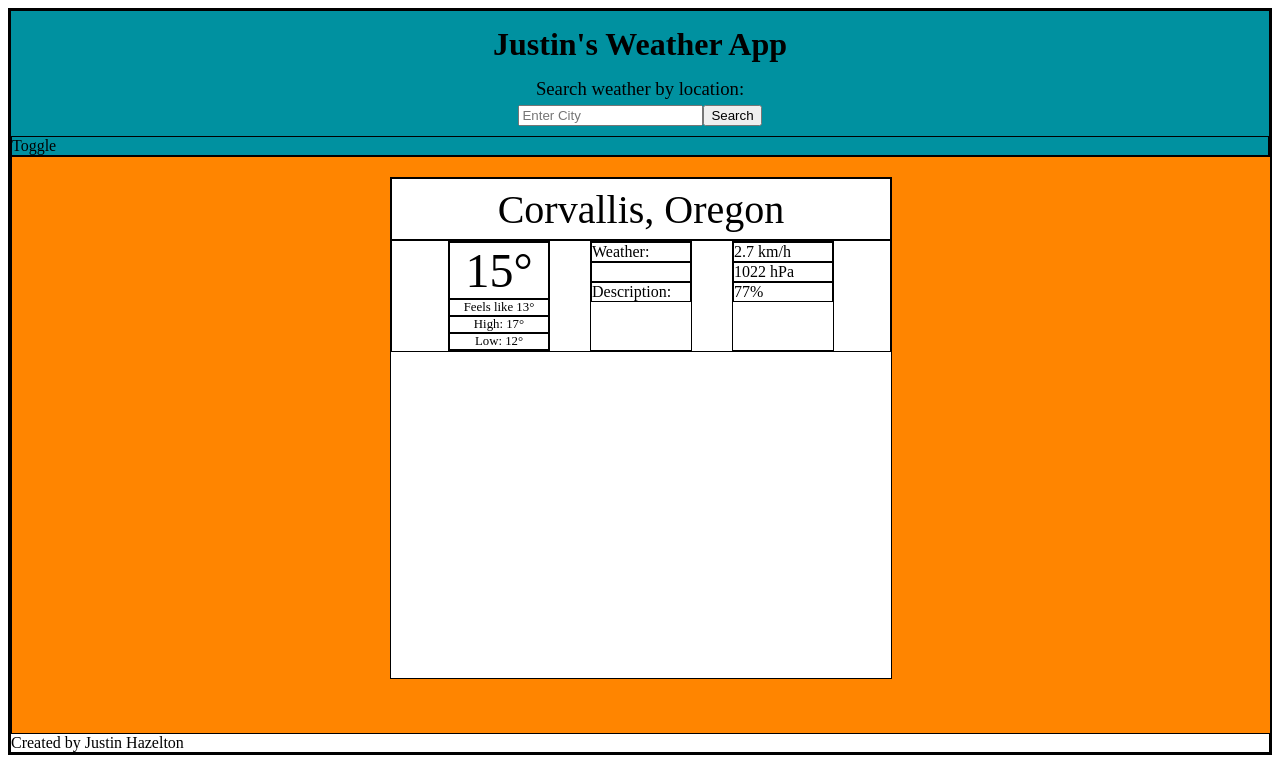
Repository: J-Haze/Weather
Page: /
The author's editor kept a copy of each file at every save. The page is drawn from the files as they stood at one save, then again after the next save.
The browser window is 1280 px wide. The pictures show the whole page.
The project was rebuilt for these pictures with package versions that can differ from the ones it lists, and the page was loaded fresh each time. Also part of the build but not shown: src/index.css.

Above is the page before, as saved 2020-09-06 20:36:20.

### public/index.html
<!DOCTYPE html>
<html lang="en">
  <head>
    <meta charset="utf-8" />
    <link rel="icon" href="%PUBLIC_URL%/favicon.ico" />
    <meta name="viewport" content="width=device-width, initial-scale=1" />
    <meta name="theme-color" content="#000000" />
    <meta
      name="description"
      content="Web site created using create-react-app"
    />
    <link rel="apple-touch-icon" href="%PUBLIC_URL%/logo192.png" />
    <!--
      manifest.json provides metadata used when your web app is installed on a
      user's mobile device or desktop. See https://developers.google.com/web/fundamentals/web-app-manifest/
    -->
    <link rel="manifest" href="%PUBLIC_URL%/manifest.json" />
    <!--
      Notice the use of %PUBLIC_URL% in the tags above.
      It will be replaced with the URL of the `public` folder during the build.
      Only files inside the `public` folder can be referenced from the HTML.

      Unlike "/favicon.ico" or "favicon.ico", "%PUBLIC_URL%/favicon.ico" will
      work correctly both with client-side routing and a non-root public URL.
      Learn how to configure a non-root public URL by running `npm run build`.
    -->
    <title>Weather App ⛅</title>
  </head>
  <body>
    <noscript>You need to enable JavaScript to run this app.</noscript>
    <div id="root"></div>
    <!--
      This HTML file is a template.
      If you open it directly in the browser, you will see an empty page.

      You can add webfonts, meta tags, or analytics to this file.
      The build step will place the bundled scripts into the <body> tag.

      To begin the development, run `npm start` or `yarn start`.
      To create a production bundle, use `npm run build` or `yarn build`.
    -->
  </body>
</html>

### src/App.js
import React from "react";
import "./App.css";
import Weather from "./components/Weather"
// import Results from "./components/Results"

function App() {
  return (
    <div className="App" >
        <Weather />
    </div >
  )

}

export default App;

### src/App.css
:root{
    --light-blue: rgb(0,145,160);
    --orange: rgb(255, 133, 0);
    --dark-blue: rgb(0, 39, 96);
}

div {
    border: solid black 1px;
}

/* #root{
        width: 100%;
        height: 100%;
        bottom: 0px;
}

#app{
        width: 100%;
        height: 100%;
        bottom: 0px;
} */

header{
    background-color: var(--light-blue);
    display: flex;
    flex-direction: column;
    margin-left: auto;
    margin-right: auto;
    justify-content: center;
}

#title{
    display: flex;
    margin-left: auto;
    margin-right: auto;
    justify-content: center;
    /* align-items: center; */
    font-size: 2em;
    margin-top: 15px;
    margin-bottom: 15px;
    font-weight: bold;

    border: none;
}

#subtitle{
    display: flex;
    justify-content: center;
     align-items: center;
     margin-top: none;
     margin-bottom: 5px;;
    font-size: 1.17em;

    border: none;
}

#form{
    display: flex;
    margin-bottom: 10px;
}

#search-box{
    display: flex;
        margin-left: auto;
    justify-content: center;
     align-items: center;

}

#search-button{
    margin-right: auto;

      position: relative;
  /* width: 30px; */
  /* height: 30px;
  line-height: 30px; */
  color: black;
  /* flex-shrink: 0; */
}

#fa-search-location{
    display: flex;
    height: 100%;
    width: 100%;
    color: black;
}

#results-section{
    background-color: var(--orange);
    width: 100%;
    margin-top: 0px;
    height: 100%;
    min-height: 80vh;
}



#results-card{
    background-color: white;
    width: 500px;
    height: 500px;
    margin-top: 20px;
    margin-left: auto;
    margin-right: auto;
}

.location{
    display: flex;
    margin-left: auto;
    margin-right: auto;
    justify-content: center;
     align-items: center;
     height: 60px;
     font-size: 2.5em;
}

.row{
    display: flex;
}

.temp-container{
    margin-left: auto;
    width: 100px;
}

.weather-container{
    margin-left: 40px;
    margin-right: 40px;
    width: 100px;
}

.other-container{
    margin-right: auto;
    width: 100px;
}

.temp-main{
    display: flex;
    font-size: 3em;
    justify-content: center;
    align-items: center;
}

.temp{
        display: flex;
    font-size: .8em;
    justify-content: center;
    align-items: center;
}

.mid{
    display: flex;
    justify-content: center;
    align-items: center;
}

### src/components/Weather.js
import React from 'react';
// import getWeather from "./getWeather";
import { useState, useEffect } from 'react';
import "../App.css";
// import { getIconClass, makeDate } from '../Helpers';

//Weather Icons
import sun from '../assets/icons/01n.png'
import cloud from '../assets/icons/02n.png'
import scatteredCloud from '../assets/icons/03n.png'
import brokenCloud from '../assets/icons/04n.png'
import rain from '../assets/icons/09n.png'
import heavyRain from '../assets/icons/10n.png'
import thunderstorm from '../assets/icons/11n.png'
import snow from '../assets/icons/13n.png'
import mist from '../assets/icons/50n.png'


const Weather = () => {

    let [error, setError] = useState(false);
    let [loading, setLoading] = useState(false);
    let [errorMessage, setErrorMessage] = useState("");

    let [location, setLocation] = useState("");
    const [data, setData] = useState(null);
    const [url, setUrl] = useState("")

    const [city, setCity] = useState("");
    const [country, setCountry] = useState("");
    const [weather, setWeather] = useState("");
    const [description, setDescription] = useState("");
    const [icon, setIcon] = useState("");
    const [pressure, setPressure] = useState("");
    const [humidity, setHumidity] = useState("");
    const [wind, setWind] = useState("");

    const [temp, setTemp] = useState("");
    const [max, setMax] = useState("");
    const [min, setMin] = useState("");
    const [feel, setFeel] = useState("");

    // const [searched, setSearched] = useState("false")

    //to keep API hidden:
    //const API_KEY = process.env.REACT_APP_API_KEY;
    const API_KEY = process.env.REACT_APP_API_KEY;


    const handleChange = (event) => {
        event.preventDefault();
        setLocation(event.target.value);
        console.log("event.target.value:", event.target.value)
    };

    const handleSubmit = (event) => {
        event.preventDefault();
        let urlInput = `https://api.openweathermap.org/data/2.5/weather?q=${location}&appid=${API_KEY}`
        setUrl(urlInput)
    };

    useEffect(() => {
        if (!url) return;
        console.log("url:", url)
        const fetchWeather = async () => {
            setLoading(true);
            setError(false);
            try {
                const response = await fetch(url);
                const data = await response.json();
                console.log()
                if (data.cod !== 200) throw new Error(`${data.cod}: ${data.message}`);
                setData(data);
                setCity(data.name);
                setCountry(data.sys.country)
                // date: makeDate(),
                setWeather(data.weather[0].main);
                setDescription(data.weather[0].description);
                setIcon(data.weather[0].icon)
                //^^ get picture based on what the icon is
                setPressure(data.main.pressure);
                setHumidity(data.main.humidity);
                setWind(data.wind.speed);
                setTemp(data.main.temp);
                setMax(data.main['temp_max']);
                setMin(data.main['temp_min']);
                setFeel(data.main['feels_like']);
            } catch (error) {
                setError(true);
                setErrorMessage(error.message);
                console.log(error);
            }
        };
        setLoading(false);
        fetchWeather();
    },
        [url]
    );

    const weatherIcons = {
        '01n': sun,
        '02n': cloud,
        '03n': scatteredCloud,
        '04n': brokenCloud,
        '09n': rain,
        '10n': heavyRain,
        '11n': thunderstorm,
        '13n': snow,
        '50n': mist
    };


    // function toCelsius(fahrenheit) {
    //     return (fahrenheit - 32) * 5 / 9;
    // }

    // function toFahrenheit(celsius) {
    //     return (celsius * 9 / 5) + 32;
    // }


    console.log(error, loading, errorMessage, data)

    return (
        <div id="app">
            <header id="header">
                <div id="title" >Justin's Weather App</div>
                <div id="subtitle"> Search weather by location:</div>
                <form onSubmit={handleSubmit} id="form">
                    <input
                        type="text"
                        name="location"
                        placeholder="Enter City"
                        maxLength="50"
                        value={location || ""}
                        onChange={handleChange}
                        id="search-box"
                    />
                    <button type="submit" id="search-button">
                        <i className="fas fa-search-location"></i>
                        Search
                    </button>
                </form>
                <div> Toggle </div>
            </header>
            <div id="results-section">
                <div id="results-card">
                    <div className="location">
                        {`Corvallis, Oregon${city}${country}`}
                    </div>

                    <div className="row">
                        <div className="temp-container">
                            <div className="temp-main">15&#176; {temp}</div>
                            <div className="feel temp">Feels like 13&#176; {feel}</div>
                            <div className="max temp">High: 17&#176; {max}</div>
                            <div className="min temp">Low: 12&#176; {min}</div>

                        </div>

                        <div className="weather-container">
                            <div className="weather"> Weather: {weather} </div>
                            <div className="icon"><img src={weatherIcons[icon]} /></div>
                            <div className="description">Description: {description}</div>
                        </div>

                        <div className="other-container">
                            <div className="wind">2.7 km/h {wind}</div>
                            <div className="pressure">1022 hPa {pressure}</div>
                            <div className="humidity">77% {humidity}</div>
                        </div>
                    </div>
                </div>
            </div>
            <footer>
                Created by Justin Hazelton
            </footer>
        </div>
    )

}

export default Weather

Loaded but not shown: src/index.js (common file); src/serviceWorker.js (common file)

After the next save:
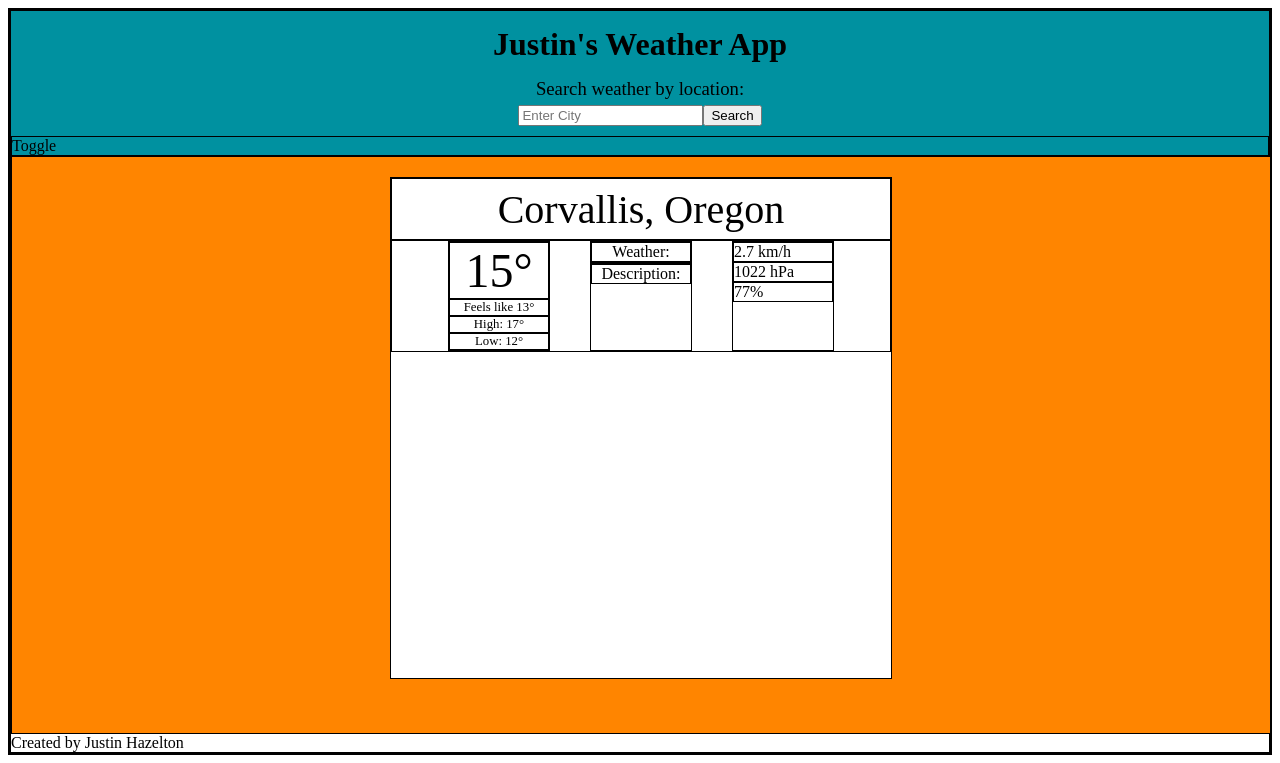
Saved 3 min 48 s later.
--- a/src/components/Weather.js
+++ b/src/components/Weather.js
@@ -159,9 +159,9 @@ const Weather = () => {
                         </div>
 
                         <div className="weather-container">
-                            <div className="weather"> Weather: {weather} </div>
-                            <div className="icon"><img src={weatherIcons[icon]} /></div>
-                            <div className="description">Description: {description}</div>
+                            <div className="weather mid"> Weather: {weather} </div>
+                            <div className="mid"><img src={weatherIcons[icon]} className="icon"/></div>
+                            <div className="description mid">Description: {description}</div>
                         </div>
 
                         <div className="other-container">
